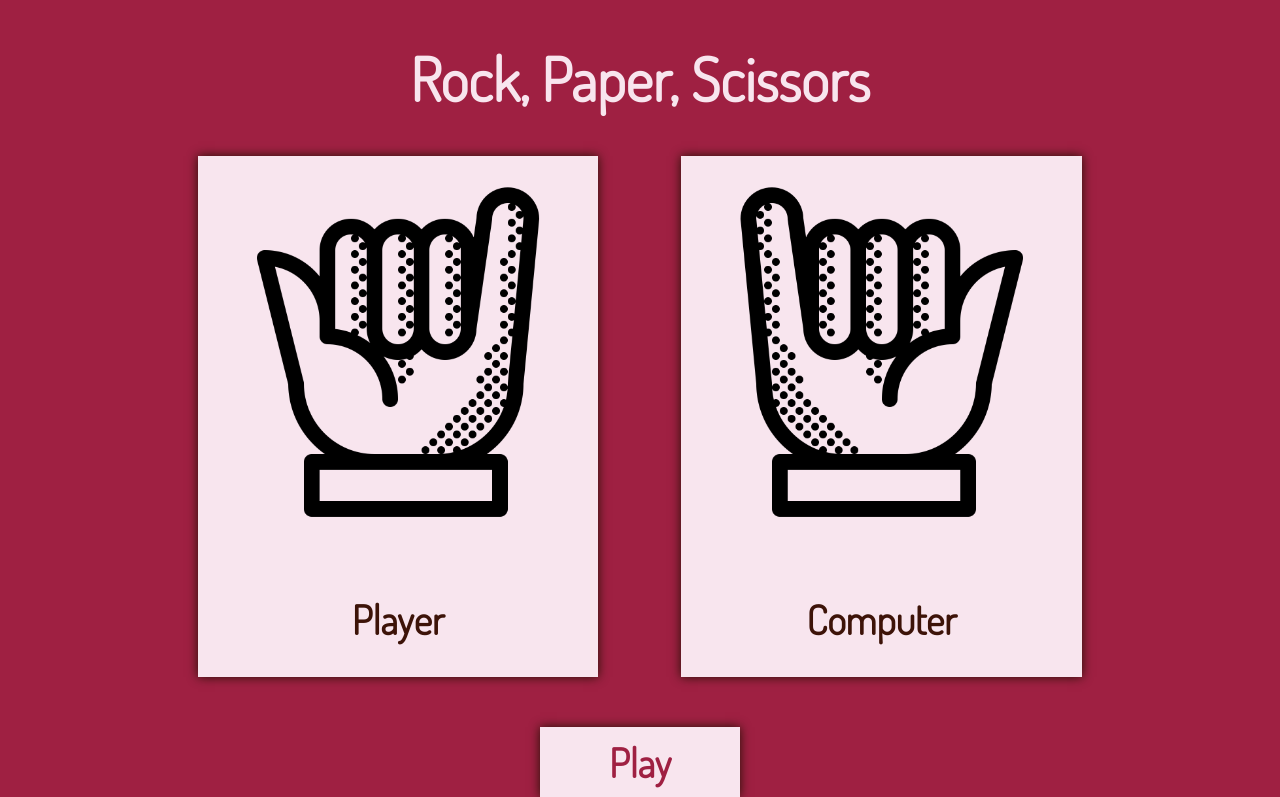
Repository: shayanabedi98/rock-paper-scissors
Page: index.html
The author's editor kept a copy of each file at every save. The page is drawn from the files as they stood at one save, then again after the next save.
The browser window is 1280 px wide. The pictures show the whole page.

Above is the page before, as saved 2023-07-13 19:49:28.

After the next save:
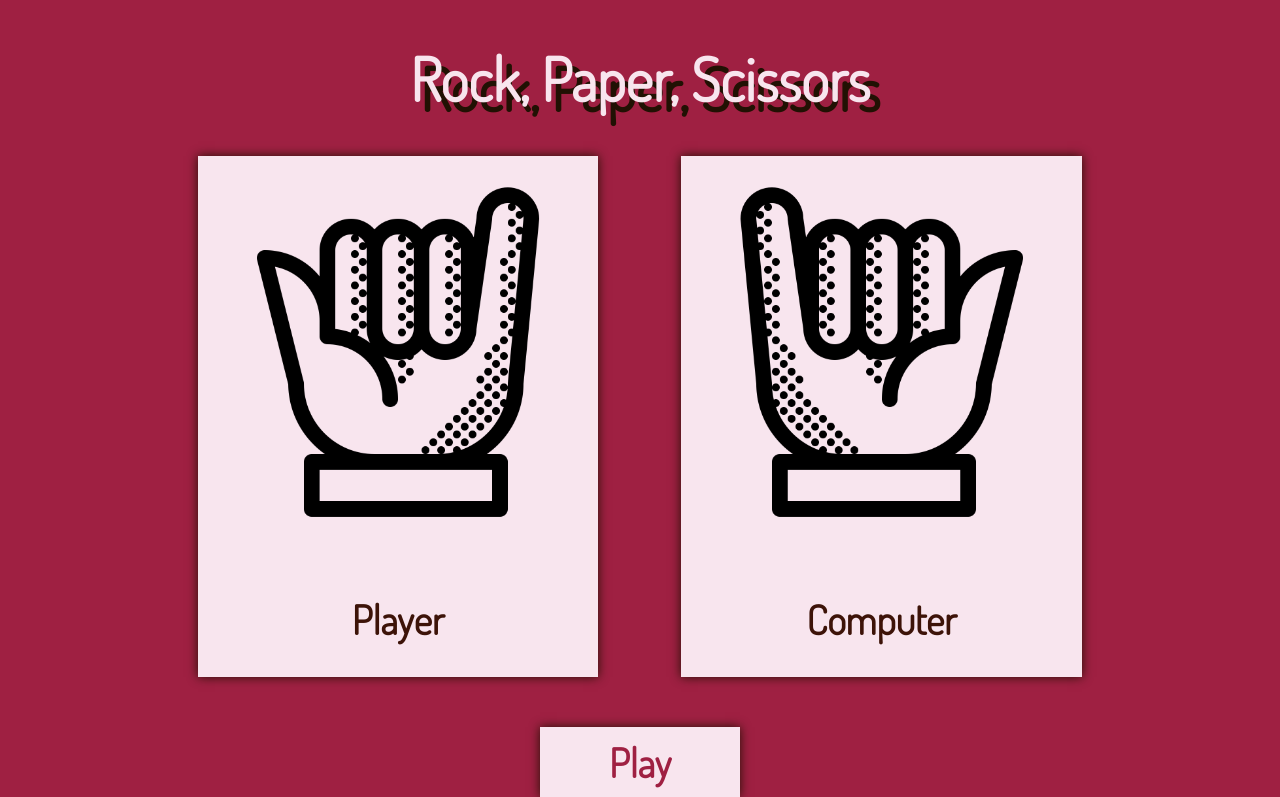
Saved 5 s later.
--- a/styles.css
+++ b/styles.css
@@ -8,7 +8,7 @@ body {
 
 h1 {
     font-size: 60px;
-    text-shadow: 10px  #211103;
+    text-shadow: 10px 10px  #211103;
 }
 
 .header {
